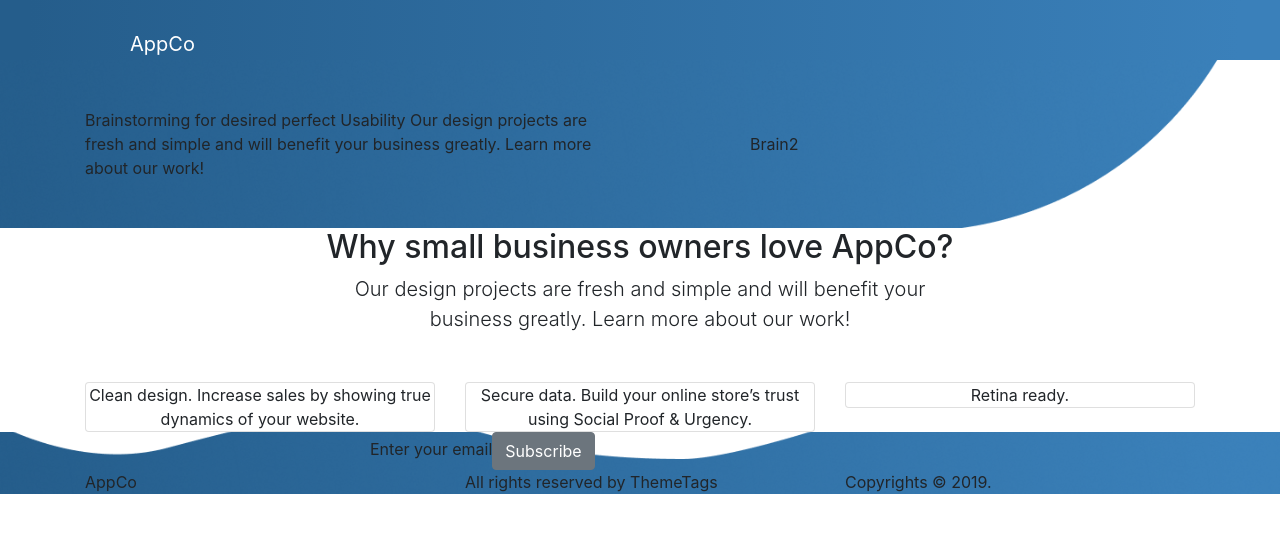
Repository: andbilous/user-statistics-app
Page: /
The author's editor kept a copy of each file at every save. The page is drawn from the files as they stood at one save, then again after the next save.
The browser window is 1280 px wide. The pictures show the whole page.
The project was rebuilt for these pictures with package versions that can differ from the ones it lists, and the page was loaded fresh each time. Also part of the build but not shown: src/components/reasons/reasons.scss.

Above is the page before, as saved 2020-06-19 15:16:20.

After the next save:
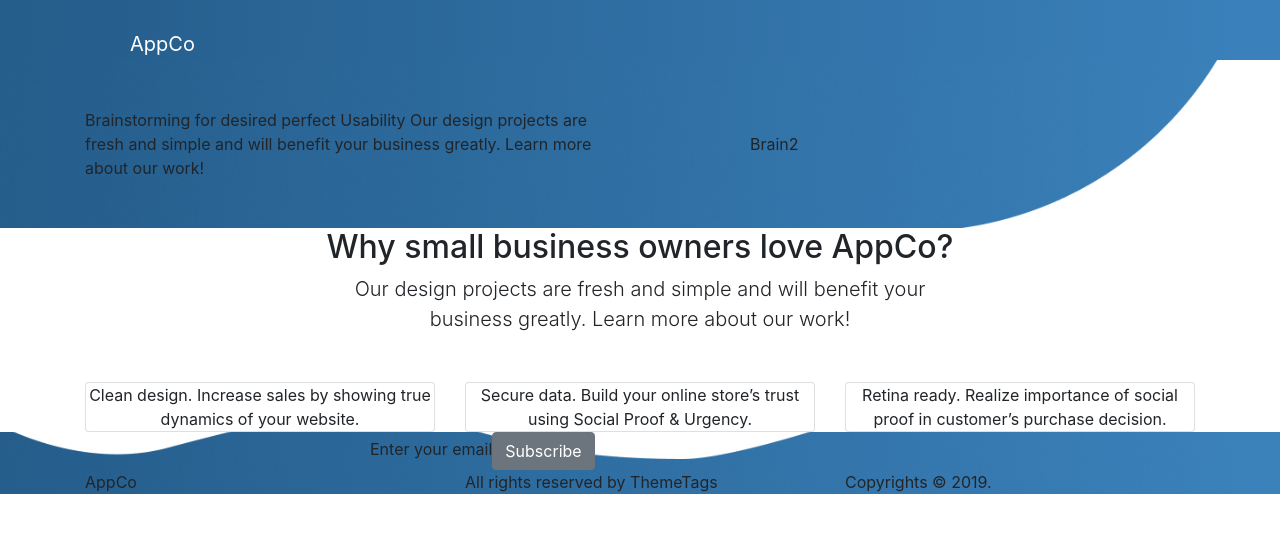
Saved 24 s later.
--- a/src/components/reasons/index.js
+++ b/src/components/reasons/index.js
@@ -33,7 +33,7 @@ const Reasons = () => {
             <Col className='col-lg-4 col-md'>
             <Card className='text-center'>
                 Retina ready.
-
+                Realize importance of social proof in customer’s purchase decision.
               </Card>
             </Col>
           </Row>
